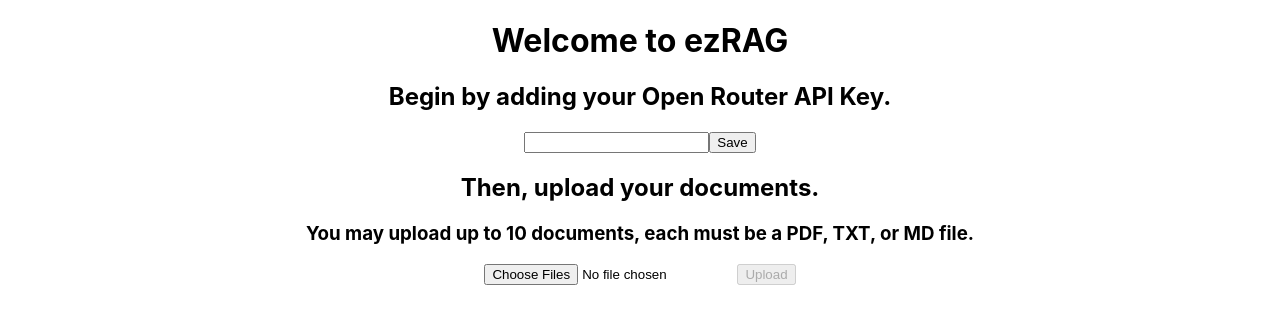
Repository: harrisonthayer04/ezRAG
Page: / (app in ez_rag/)
The author's editor kept a copy of each file at every save. The page is drawn from the files as they stood at one save, then again after the next save.
The browser window is 1280 px wide. The pictures show the whole page.
The project was rebuilt for these pictures with package versions that can differ from the ones it lists, and the page was loaded fresh each time.

Above is the page before, as saved 2025-09-03 19:58:50.

### ez_rag/src/App.tsx
import React from 'react';
import logo from './logo.svg';
import './App.css';
import File_Upload from './components/File_Upload';
import Open_Router from './components/Open_Router';

function App() {
  return (
    <div className="App">
      <h1>Welcome to ezRAG</h1>
      <h2>Begin by adding your Open Router API Key.</h2>
      <Open_Router />

      <h2>Then, upload your documents.</h2>
      <h3>You may upload up to 10 documents, each must be a PDF, TXT, or MD file.</h3>
      <File_Upload />
    </div>
  );
}

export default App;

### ez_rag/src/components/File_Upload.tsx
import { useState } from 'react';

import { embedMany, loadEmbedder } from '../lib/embeddings';
import { chunkByChars } from '../lib/chunk';

export type StoredFileMetadata = {
  id: string;
  name: string;
  size: number;
  type: string;
  lastModified: number;
  text: string;
  error?: string;
};

type VectorRecord = {
  fileId: string;
  chunkIndex: number;
  text: string;
  vector: number[];
}

function makeId(){
  return Date.now().toString(36) + Math.random().toString(36).slice(2,8);
}

const File_Upload: React.FC = () => {
  const [selected, setSelected] = useState<FileList | null>(null);
  const [items, setItems] = useState<StoredFileMetadata[]>([]);
  const [vectors, setVectors] = useState<VectorRecord[]>([]);
  const [loading, setLoading] = useState(false);
  const [error, setError] = useState<string | null>(null);

  async function handleUpload() {
    if (!selected || selected.length === 0) return;
    setLoading(true);
    setError(null);

    try {
      const next: StoredFileMetadata[] = [];

      for (const file of Array.from(selected)) {
        const base = {
          id: makeId(),
          name: file.name,
          size: file.size,
          type: file.type || 'text/plain',
          lastModified: file.lastModified || Date.now(),
        };

        try {
          const lower = file.name.toLowerCase();
          const isTxtOrMd =
            file.type.startsWith('text/') || lower.endsWith('.txt') || lower.endsWith('.md');

          if (!isTxtOrMd) {
            next.push({ ...base, text: '', error: 'Only .txt and .md files are supported.' });
            continue;
          }

          const text = await file.text();
          next.push({ ...base, text });
        } catch (e: any) {
          next.push({ ...base, text: '', error: e?.message || String(e) });
        }
      }

      setItems(next);

      // ----- Build embeddings locally -----
      // Ensure the model is loaded (first call downloads weights, then cached).
      await loadEmbedder();

      // Chunk each successful file and collect all chunks
      const chunks: { fileId: string; chunkIndex: number; text: string }[] = [];
      for (const it of next) {
        if (it.error) continue;
        const parts = chunkByChars(it.text, 1800, 200); // tune sizes as you like
        parts.forEach((t, i) => {
          chunks.push({ fileId: it.id, chunkIndex: i, text: t });
        });
      }

      // Compute embeddings for all chunks
      const embs = await embedMany(chunks.map((c) => c.text));

      // Pair back results for display
      const recs: VectorRecord[] = embs.map((e, i) => ({
        ...chunks[i],
        vector: Array.from(e), // convert Float32Array -> number[] so we can stringify/display
      }));

      setVectors(recs);
    } catch (e: any) {
      setError(e?.message || String(e));
    } finally {
      setLoading(false);
    }
  }

  return (
    <div>
      <div>
        <input
          type="file"
          id="files"
          multiple
          accept=".txt,.md,text/plain,text/markdown"
          onChange={(e) => setSelected(e.target.files)}
        />
        <button onClick={handleUpload} disabled={loading || !selected || selected.length === 0}>
          {loading ? 'Processing…' : 'Upload'}
        </button>
      </div>

      {error && <p>{error}</p>}

      {/* File metadata + text */}
      <div>
        {items.map((it) => (
          <div key={it.id}>
            <div>
              <strong>{it.name}</strong>
            </div>
            <div>Size: {(it.size / 1024).toFixed(1)} KB</div>
            <div>Type: {it.type || 'unknown'}</div>
            <div>Last Modified: {new Date(it.lastModified).toLocaleString()}</div>
            {it.error ? (
              <div>Error: {it.error}</div>
            ) : (
              <pre style={{ whiteSpace: 'pre-wrap' }}>{it.text}</pre>
            )}
            <hr />
          </div>
        ))}
      </div>

      {/* Embeddings per file (chunked) */}
      {vectors.length > 0 && (
        <div>
          <h3>Embeddings</h3>
          {items.map((file) => {
            const rows = vectors.filter((v) => v.fileId === file.id);
            if (rows.length === 0) return null;
            return (
              <div key={`vec-${file.id}`}>
                <div>
                  <strong>{file.name}</strong> — {rows.length} chunk(s)
                </div>
                {rows.map((r) => (
                  <div key={`${r.fileId}-${r.chunkIndex}`}>
                    <div>
                      Chunk {r.chunkIndex} • dim {r.vector.length}
                    </div>
                    <pre style={{ whiteSpace: 'pre-wrap' }}>
                      {JSON.stringify(r.vector.slice(0, 8))}{r.vector.length > 8 ? ' …' : ''}
                    </pre>
                    <hr />
                  </div>
                ))}
              </div>
            );
          })}
        </div>
      )}
    </div>
  );
};

export default File_Upload

### ez_rag/src/components/Open_Router.tsx
import React from 'react'

const Open_Router = () => {
  return (
    <div>
    <input htmlFor="Open Router API Key" type="text" />
    <button>Save</button>
    </div>
  )

}

export default Open_Router

### ez_rag/src/lib/embeddings.ts
import { pipeline, env } from "@xenova/transformers";

// Offline/local setup (served from CRA public/ as /models)
env.allowLocalModels = true;
env.allowRemoteModels = false;
env.localModelPath = '/models';

let extractorPromise: Promise<any> | null = null;

export function loadEmbedder(model = 'bge-small-en-v1.5'){
    if (!extractorPromise){
        extractorPromise = pipeline('feature-extraction', model, {
            quantized: true,
            local_files_only: true,
        });
    }
    return extractorPromise;
}

function toFloat32Array(out: any): Float32Array {
    if (out == null) throw new Error('Empty embedding output');

    // Transformers.js may return a Tensor-like object with .data
    if (out.data) {
        const d = out.data;
        return d instanceof Float32Array ? d : new Float32Array(d);
    }

    if (out instanceof Float32Array) return out;
    if (Array.isArray(out)) return new Float32Array(out);
    if (ArrayBuffer.isView(out)) {
        return new Float32Array(out.buffer, out.byteOffset, out.byteLength / Float32Array.BYTES_PER_ELEMENT);
    }

    throw new Error('Unexpected embedding output format');
}

export async function embedOne(text: string): Promise<Float32Array>{
    const extractor = await loadEmbedder();
    const out = await extractor(text, { pooling: 'mean', normalize: true });
    return toFloat32Array(out);
}

export async function embedMany(texts: string[]): Promise<Float32Array[]> {
    const extractor = await loadEmbedder();
    const results: Float32Array[] = [];
    for (const t of texts){
        const out = await extractor(t, { pooling: 'mean', normalize: true });
        results.push(toFloat32Array(out));
    }
    return results;
}

export function cosineSimilarity(a: Float32Array, b: Float32Array): number{
    let dot = 0, na = 0, nb = 0;
    for (let i = 0; i < a.length; i++){
        const ai = a[i], bi = b[i];
        dot += ai * bi; na += ai * ai; nb += bi * bi;
    }
    return dot / (Math.sqrt(na) * Math.sqrt(nb));
}

### ez_rag/src/lib/chunk.ts
export function chunkByChars(
    text: string,
    maxChars = 1800,
    overlap = 200
): string[]{
    const clean = text.replace(/\s+\n/g, '\n').trim();
    if (clean.length <= maxChars) return [clean];

    const chunks: string[] = [];
    let i = 0;
    while (i < clean.length){
        const end = Math.min(i + maxChars, clean.length);
        let slice = clean.slice(i, end);

        const lastStop = Math.max(
            slice.lastIndexOf(". "),
            slice.lastIndexOf("? "),
            slice.lastIndexOf("! "),
        );
        if (end < clean.length && lastStop > maxChars * 0.6){
            slice = slice.slice(0, lastStop + 1);
        }
        chunks.push(slice);
        if (end >= clean.length) break;
        i += Math.max(1, slice.length - overlap)
    }
    return chunks;
}

Loaded but not shown: ez_rag/public/index.html (common file); ez_rag/src/index.js (common file); ez_rag/src/index.css (common file); ez_rag/src/reportWebVitals.js (common file); ez_rag/src/App.css (common file)

After the next save:
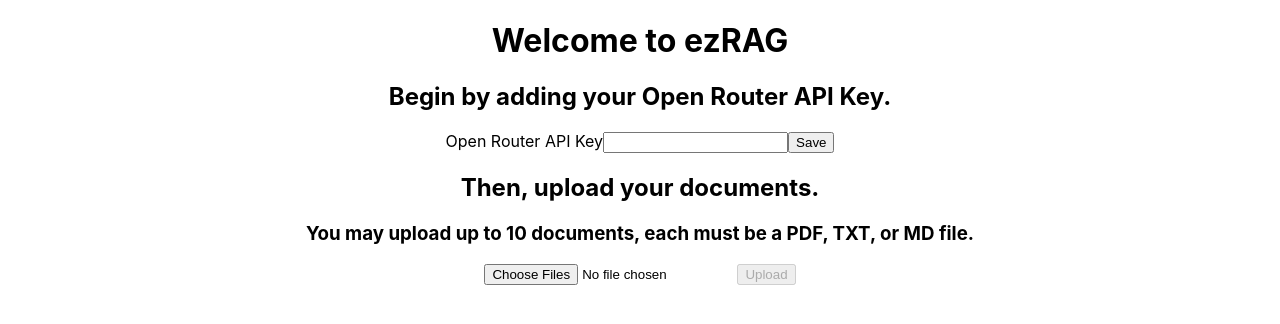
Saved 19 s later.
--- a/ez_rag/src/components/Open_Router.tsx
+++ b/ez_rag/src/components/Open_Router.tsx
@@ -3,6 +3,7 @@ import React from 'react'
 const Open_Router = () => {
   return (
     <div>
+    <label htmlFor="Open Router API Key">Open Router API Key</label>
     <input htmlFor="Open Router API Key" type="text" />
     <button>Save</button>
     </div>
